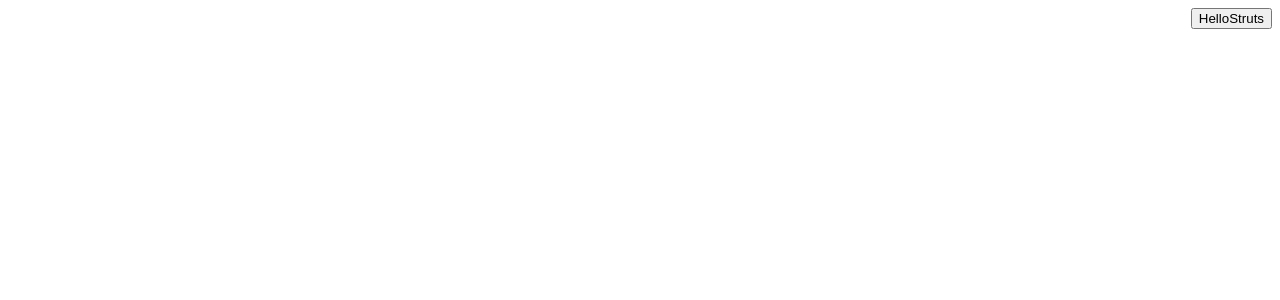
Repository: jun-01731/test
Page: http://localhost/WebProj/
An editor plug-in stored every save of this project. The page is shown before and after the next save, followed by the edit.
The browser window is 1280 px wide. The pictures show the whole page.
The page is served by Tomcat 9.

Above is the page before, as saved 2018-06-13 05:40:22.

After the next save:
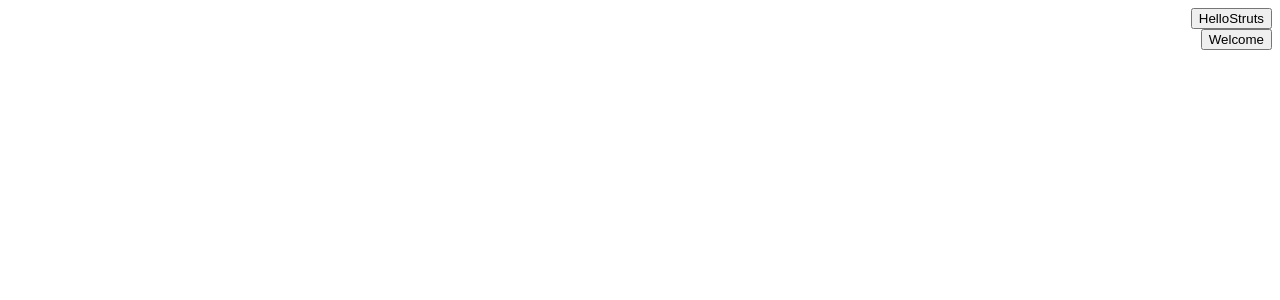
Saved 5 min 11 s later.
--- a/WebProj/WebContent/index.jsp
+++ b/WebProj/WebContent/index.jsp
@@ -12,5 +12,9 @@
 		<s:submit value="HelloStruts"/>
 	</form>
 
+	<form action ="WelcomeAction">
+		<s:submit value="Welcome"/>
+	</form>
+
 </body>
 </html>
